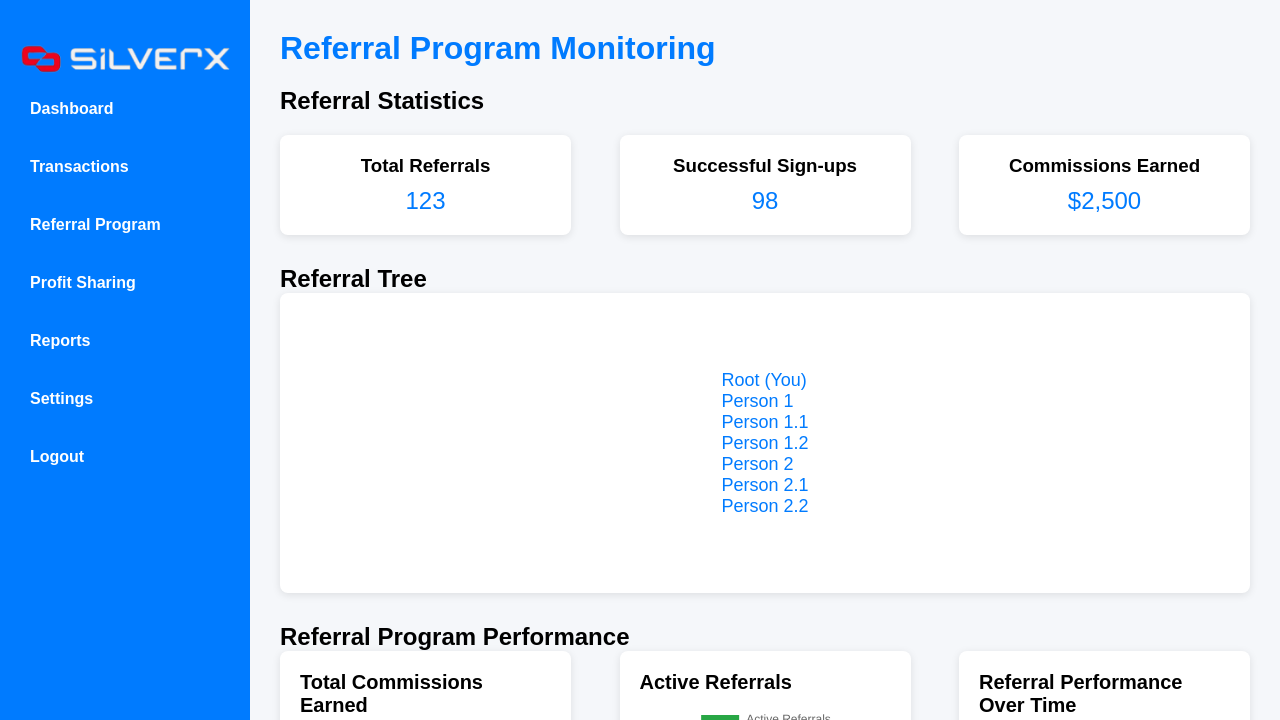
Repository: 2025silverx/slivedrX
Page: indesx3.html
These files come from the project's save history. The page is drawn as it stood at one moment and after a run of saves; the edit follows.
The browser window is 1280 px wide. The pictures show the whole page.
An inner scrolling area shows only its first screen.

Above is the page before, as saved 2025-01-21 22:25:00.

### indesx3.html
<!DOCTYPE html>
<html lang="en">
<head>
    <meta charset="UTF-8">
    <meta name="viewport" content="width=device-width, initial-scale=1.0">
    <title>Referral Program Monitoring</title>
    <link rel="stylesheet" href="style3.css">
    <!-- Include Chart.js for graphs -->
    <script src="https://cdn.jsdelivr.net/npm/chart.js"></script>
</head>
<body>
    <div id="sidebar-container">
        <div class="sidebar">
            <img src="images/logo.png" alt="Sidebar Logo" class="sidebar-logo">
            <ul class="sidebar-links">
                <li><a href="index.html" class="sidebar-link" data-target="dashboard">Dashboard</a></li>
                <li><a href="index2.html" class="sidebar-link" data-target="transactions">Transactions</a></li>
                <li><a href="indesx3.html" class="sidebar-link" data-target="reports">Referral Program</a></li>
                <li><a href="index4.html" class="sidebar-link" data-target="users">Profit Sharing</a></li>
                <li><a href="index5.html" class="sidebar-link" data-target="reports">Reports</a></li>
                <li><a href="setting.html" class="sidebar-link" data-target="settings">Settings</a></li>
                <li><a href="login.html" class="sidebar-link" data-target="logout">Logout</a></li>
            </ul>
        </div>
    </div>

    <div class="main-content">
        <h1>Referral Program Monitoring</h1>

        <!-- Referral Statistics Section -->
        <section class="referral-statistics">
            <h2>Referral Statistics</h2>
            <div class="statistics">
                <div class="stat-box">
                    <h3>Total Referrals</h3>
                    <p>123</p>
                </div>
                <div class="stat-box">
                    <h3>Successful Sign-ups</h3>
                    <p>98</p>
                </div>
                <div class="stat-box">
                    <h3>Commissions Earned</h3>
                    <p>$2,500</p>
                </div>
            </div>
        </section>

        <!-- Referral Tree/Network Graph -->
        <section class="referral-tree">
            <h2>Referral Tree</h2>
            <div id="networkGraph" class="network-graph">
                <!-- A simple visualization can be added with a plugin like d3.js or cytoscape.js -->
                <!-- <p>Referral Tree/Network Graph (Visualization not implemented here)</p> -->


                <div class="tree">
                    <div class="node" id="root">
                        <p>Root (You)</p>
                        <div class="children">
                            <div class="node">
                                <p>Person 1</p>
                                <div class="children">
                                    <div class="node">
                                        <p>Person 1.1</p>
                                    </div>
                                    <div class="node">
                                        <p>Person 1.2</p>
                                    </div>
                                </div>
                            </div>
                            <div class="node">
                                <p>Person 2</p>
                                <div class="children">
                                    <div class="node">
                                        <p>Person 2.1</p>
                                    </div>
                                    <div class="node">
                                        <p>Person 2.2</p>
                                    </div>
                                </div>
                            </div>
                        </div>
                    </div>
                </div>




            </div>
        </section>

        <!-- Referral Performance Graphs -->
        <section class="graphs">
            <h2>Referral Program Performance</h2>
            <div class="graph-container">
                <div class="graph-box">
                    <h3>Total Commissions Earned</h3>
                    <canvas id="commissionsChart"></canvas>
                </div>
                <div class="graph-box">
                    <h3>Active Referrals</h3>
                    <canvas id="referralsChart"></canvas>
                </div>
                <div class="graph-box">
                    <h3>Referral Performance Over Time</h3>
                    <canvas id="performanceChart"></canvas>
                </div>
            </div>
        </section>
    </div>

    <script src="script3.js"></script>
</body>
</html>

### style3.css
/* Reset some default styles */
* {
    margin: 0;
    padding: 0;
    box-sizing: border-box;
}



/* Body and container styles */
body {
    font-family: Arial, sans-serif;
    display: flex;
    height: 100vh;
    background-color: #f5f7fa;
}

/* Sidebar styles */
.sidebar {
    width: 250px;
    background-color: #007bff;
    color: white;
    padding: 20px;
    display: flex;
    flex-direction: column;
    position: sticky;
    top: 0;
    height: 100vh;
    /* Remove any margin or padding at the side */
    margin-right: 0;
}

/* Sidebar heading */
.sidebar h2 {
    margin-bottom: 20px;
    text-align: center;
}

/* Sidebar links */
.sidebar-links {
    list-style: none;
}

.sidebar-links li {
    margin-bottom: 20px; /* Increased margin for better spacing */
}

.sidebar-links a {
    text-decoration: none;
    color: white;
    font-weight: bold;
    display: block;
    padding: 10px;
    font-size: 16px;
    transition: color 0.3s ease;
}

.sidebar-links a:hover {
    color: #f0f0f0; /* Light gray on hover */
}

.sidebar-links a:active {
    color: #ff6347; /* Red color on click */
}

/* Main content area */
.main-content {
    flex: 1;
    padding: 30px;
    overflow-y: auto;
}

h1 {
    color: #007bff;
    margin-bottom: 20px;
}

/* Referral statistics styles */
.referral-statistics {
    margin-bottom: 30px;
}

.referral-statistics h2 {
    margin-bottom: 20px;
    font-size: 24px;
}

.statistics {
    display: flex;
    justify-content: space-between;
}

.stat-box {
    background-color: #ffffff;
    padding: 20px;
    width: 30%;
    border-radius: 8px;
    box-shadow: 0 2px 8px rgba(0, 0, 0, 0.1);
    text-align: center;
}

.stat-box h3 {
    margin-bottom: 10px;
}

.stat-box p {
    font-size: 24px;
    color: #007bff;
}

/* Referral tree/network graph styles */
.referral-tree {
    margin-bottom: 30px;
}

.network-graph {
    background-color: #ffffff;
    padding: 20px;
    border-radius: 8px;
    box-shadow: 0 2px 8px rgba(0, 0, 0, 0.1);
    height: 300px;
    display: flex;
    justify-content: center;
    align-items: center;
}

.network-graph p {
    font-size: 18px;
    color: #007bff;
}

/* Graph containers */
.graphs {
    margin-top: 30px;
}

.graph-container {
    display: flex;
    justify-content: space-between;
    gap: 30px;
}

.graph-box {
    background-color: #ffffff;
    padding: 20px;
    width: 30%;
    border-radius: 8px;
    box-shadow: 0 2px 8px rgba(0, 0, 0, 0.1);
}

.graph-box h3 {
    margin-bottom: 10px;
    font-size: 20px;
}

canvas {
    width: 100%;
    height: 200px;
}

/* Responsive styles */
@media (max-width: 768px) {
    .sidebar {
        width: 200px;
    }

    .main-content {
        padding: 20px;
    }

    .graph-container {
        flex-direction: column;
        gap: 20px;
    }

    .graph-box {
        width: 100%;
    }
}

### script3.js
// Data for the graphs
const commissionsData = {
    labels: ['January', 'February', 'March', 'April', 'May'],
    datasets: [{
        label: 'Commissions Earned',
        data: [1000, 1500, 2000, 2500, 3000],
        backgroundColor: 'rgba(0, 123, 255, 0.5)',
        borderColor: 'rgba(0, 123, 255, 1)',
        borderWidth: 1
    }]
};

const referralsData = {
    labels: ['Active Referrals', 'Inactive Referrals'],
    datasets: [{
        data: [70, 30],
        backgroundColor: ['#28a745', '#ffc107'],
        hoverBackgroundColor: ['#218838', '#e0a800']
    }]
};

const performanceData = {
    labels: ['Week 1', 'Week 2', 'Week 3', 'Week 4', 'Week 5'],
    datasets: [{
        label: 'Referral Performance',
        data: [10, 20, 30, 40, 50],
        backgroundColor: 'rgba(40, 167, 69, 0.5)',
        borderColor: 'rgba(40, 167, 69, 1)',
        borderWidth: 1
    }]
};

// Initialize the charts
window.onload = function() {
    const commissionsChart = new Chart(document.getElementById('commissionsChart'), {
        type: 'bar',
        data: commissionsData,
        options: {
            responsive: true,
            scales: {
                y: { beginAtZero: true }
            }
        }
    });

    const referralsChart = new Chart(document.getElementById('referralsChart'), {
        type: 'pie',
        data: referralsData,
        options: {
            responsive: true
        }
    });

    const performanceChart = new Chart(document.getElementById('performanceChart'), {
        type: 'line',
        data: performanceData,
        options: {
            responsive: true,
            scales: {
                y: { beginAtZero: true }
            }
        }
    });
};

After the next 2 saves:
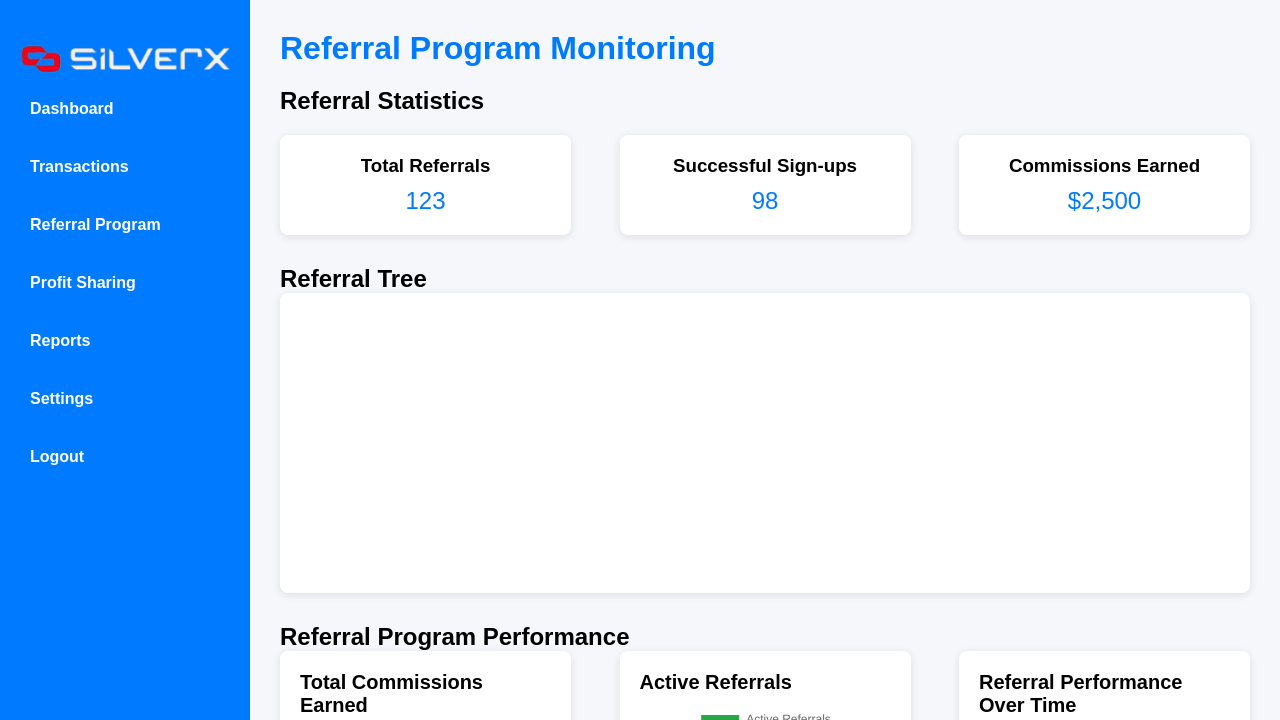
The 2 saves are shown as one change because they came seconds apart.
The last was saved 15 s later.
--- a/indesx3.html
+++ b/indesx3.html
@@ -54,35 +54,7 @@
                 <!-- <p>Referral Tree/Network Graph (Visualization not implemented here)</p> -->
 
 
-                <div class="tree">
-                    <div class="node" id="root">
-                        <p>Root (You)</p>
-                        <div class="children">
-                            <div class="node">
-                                <p>Person 1</p>
-                                <div class="children">
-                                    <div class="node">
-                                        <p>Person 1.1</p>
-                                    </div>
-                                    <div class="node">
-                                        <p>Person 1.2</p>
-                                    </div>
-                                </div>
-                            </div>
-                            <div class="node">
-                                <p>Person 2</p>
-                                <div class="children">
-                                    <div class="node">
-                                        <p>Person 2.1</p>
-                                    </div>
-                                    <div class="node">
-                                        <p>Person 2.2</p>
-                                    </div>
-                                </div>
-                            </div>
-                        </div>
-                    </div>
-                </div>
+
 
 
 
